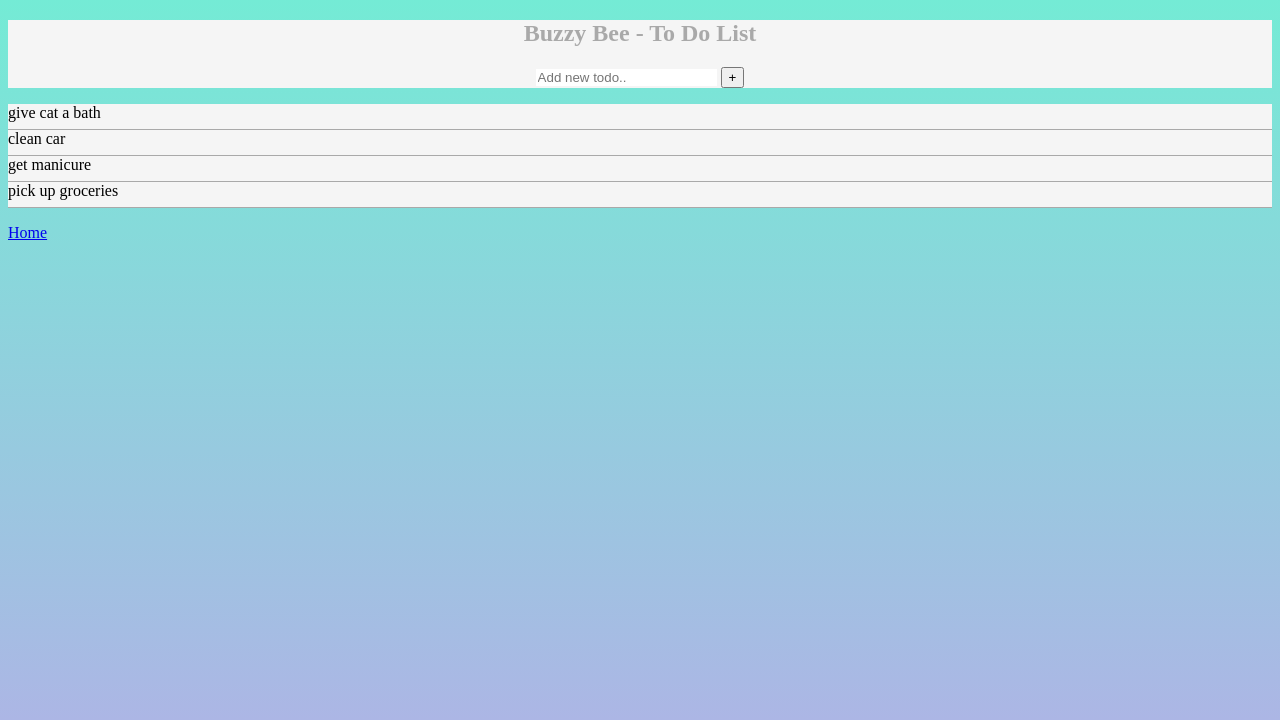
Repository: seleniadelgado/backend-spring2020-angie
Page: projects/todo/public_html/index.html
The author's editor kept a copy of each file at every save. The page is drawn from the files as they stood at one save, then again after the next save.
The browser window is 1280 px wide. The pictures show the whole page.
The page's requests for data from a server got no answer.

Above is the page before, as saved 2020-05-12 16:15:53.

After the next save:
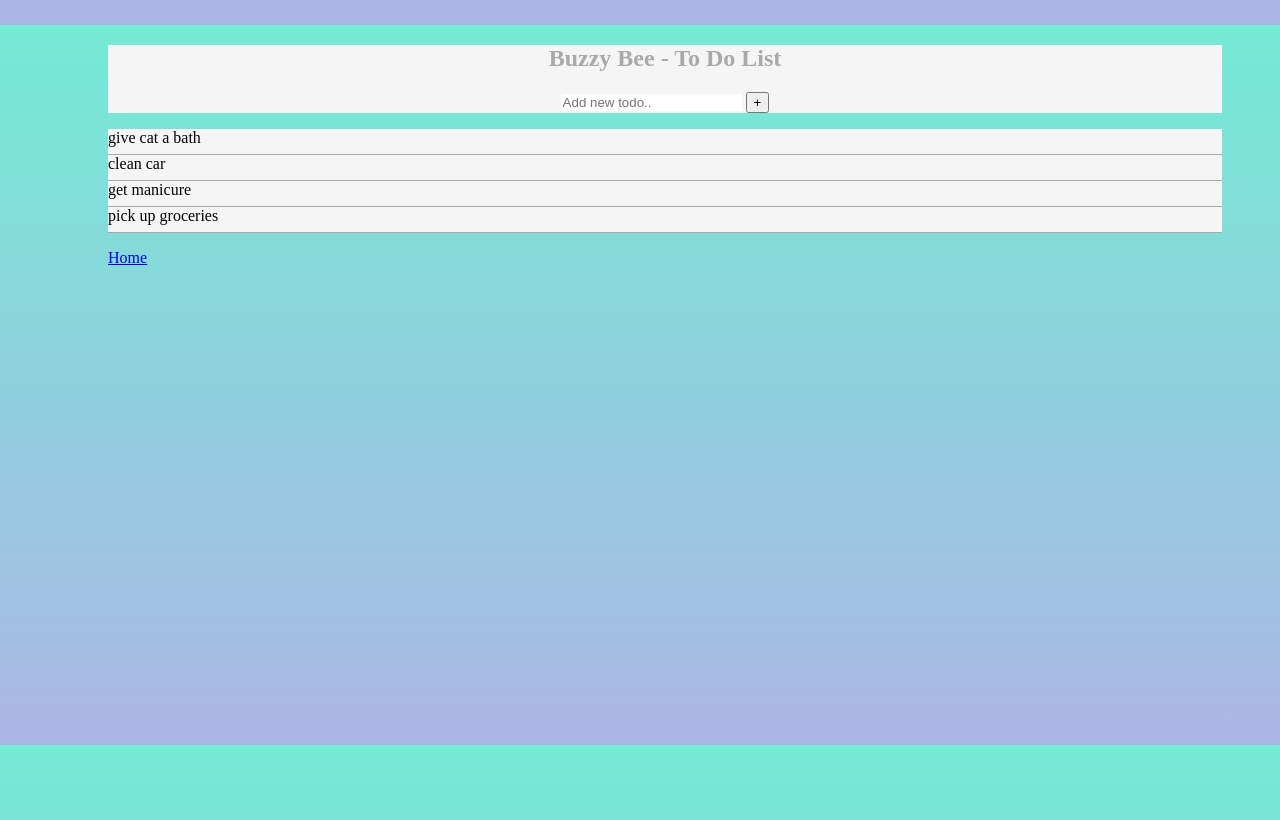
Saved 28 s later.
--- a/projects/todo/public_html/styles.css
+++ b/projects/todo/public_html/styles.css
@@ -1,6 +1,7 @@
 html {
     background: linear-gradient(#74ebd5, #ACB6E5);
     height: 100%;
+    margin: 25px 50px 75px 100px;
 }
 
 .body {
